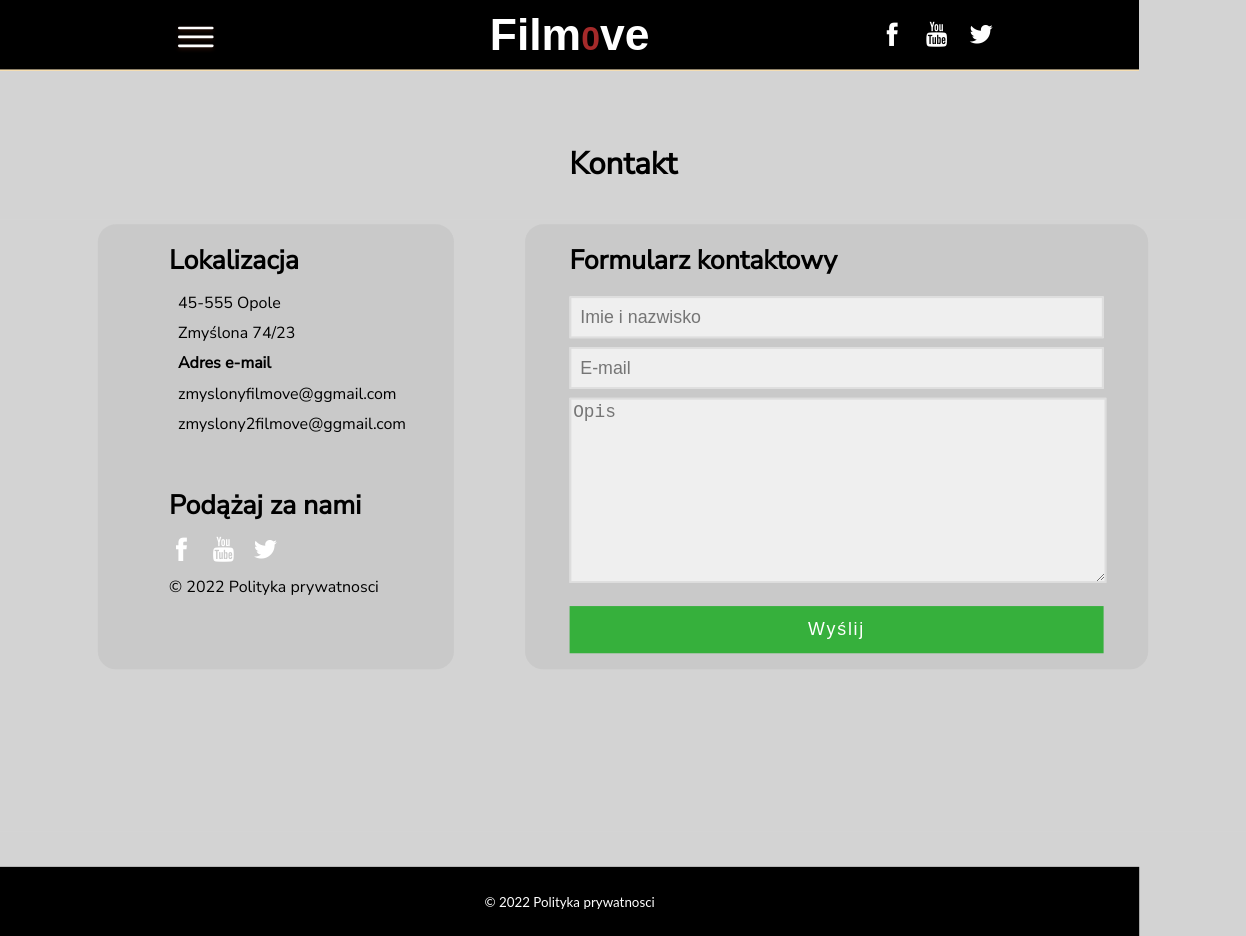
Repository: PrzemyslawJura/MovieWebsite
Page: Kontakt.html
The author's editor kept a copy of each file at every save. The page is drawn from the files as they stood at one save, then again after the next save.
The browser window is 1280 px wide. The page is 1400 px wide, so the pictures cover 1400 px, including what lies to the right of the window. The pictures show the whole page, at 89% of full size.
Some web fonts or font styles are not loaded; a fallback is used.

Above is the page before, as saved 2022-04-12 15:05:42.

After the next save:
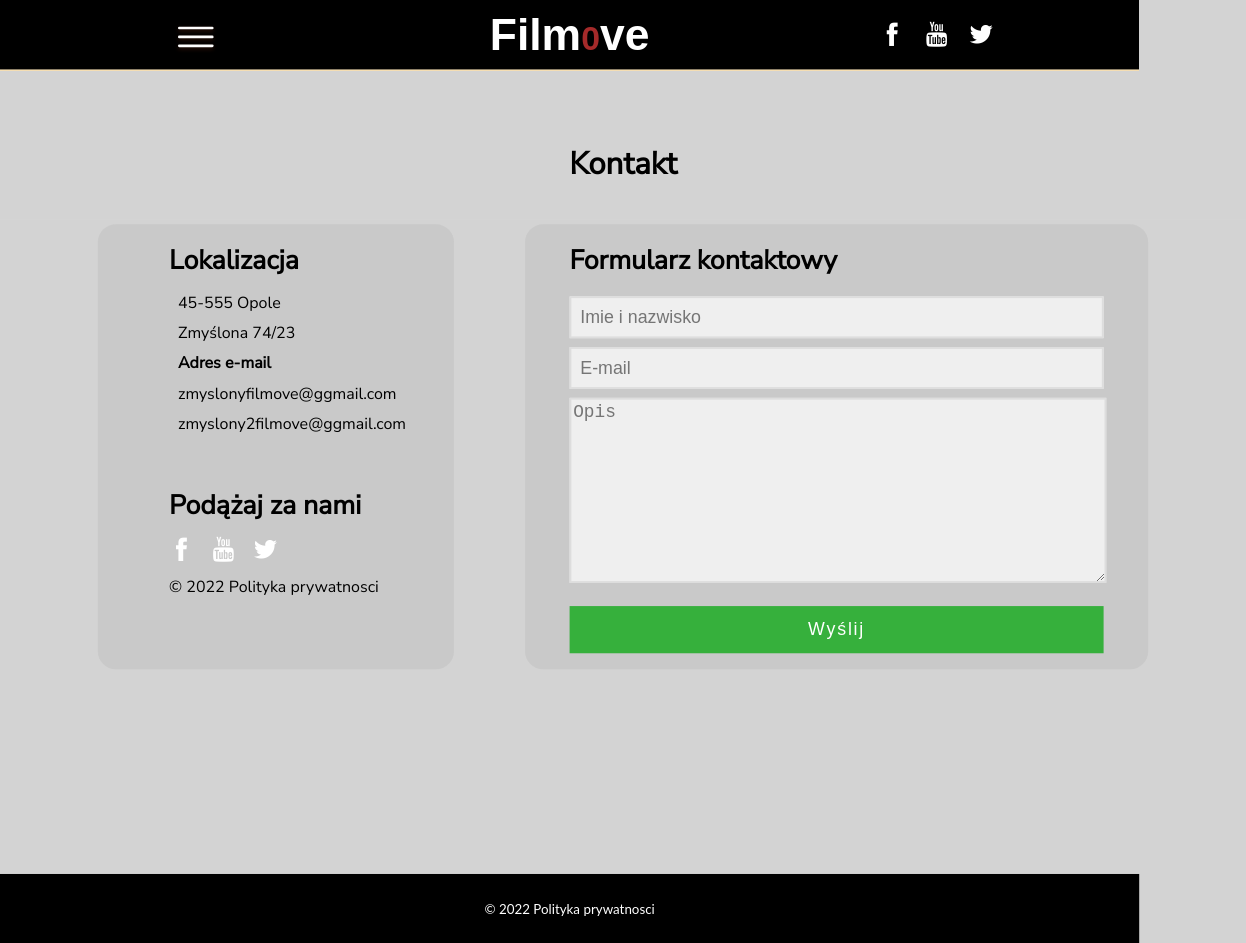
Saved 36 s later.
--- a/style.css
+++ b/style.css
@@ -842,7 +842,7 @@ td h4{
     margin-left: auto;
     display: grid;
     grid-template-columns: [first] auto [line2] 400px [line3] 80px [col4-start] 700px [five] auto [end];
-    grid-template-rows: [row1] 5px [row2] 500px [row3] 182px [last-line];
+    grid-template-rows: [row1] 5px [row2] 500px [row3] 190px [last-line];
 }
 #kon1{
     grid-column-start: 2;
